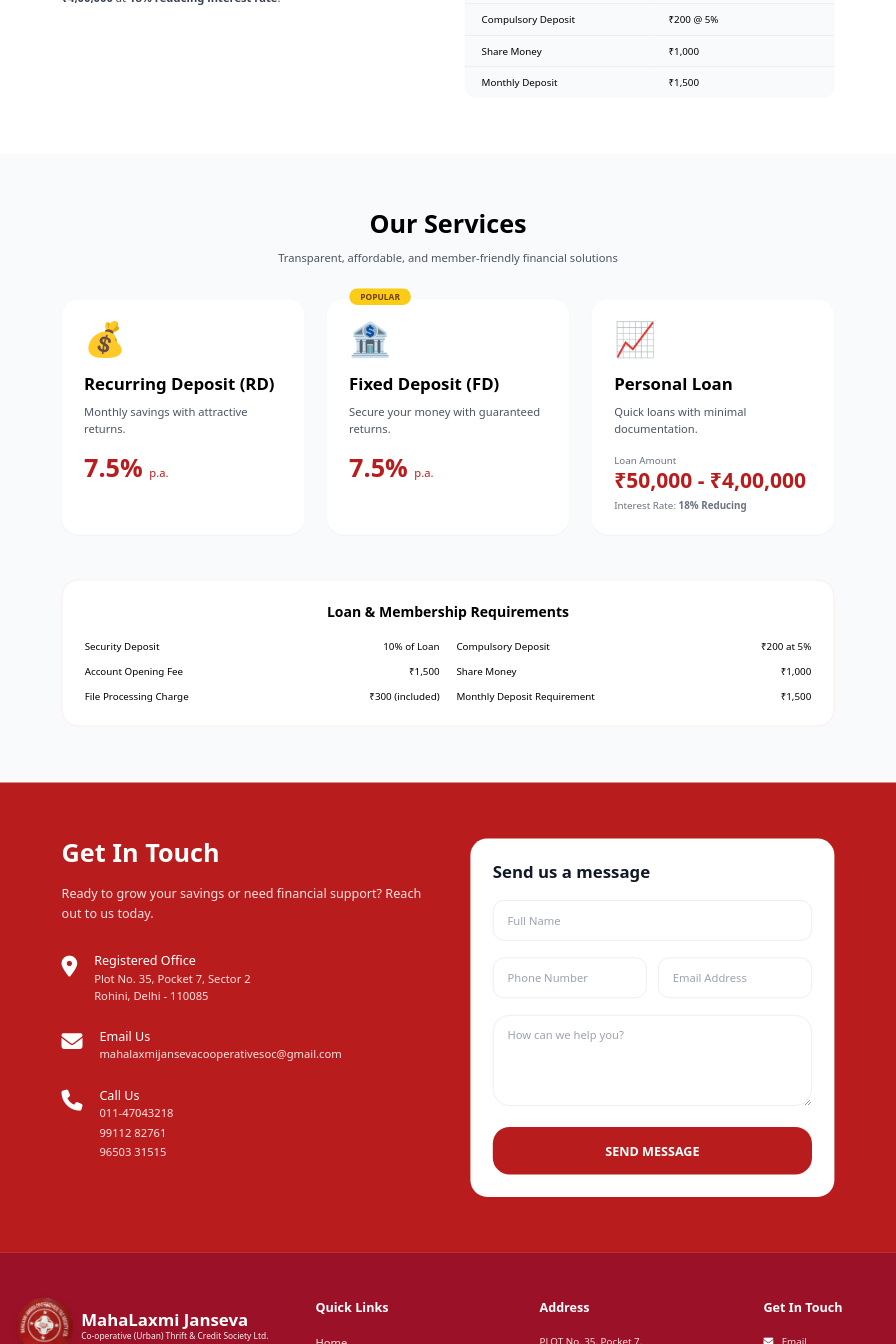
Repository: smritig537/Mahalaxmi
Page: Web.html
The author's editor kept a copy of each file at every save. The page is drawn from the files as they stood at one save, then again after the next save.
The browser window is 1280 px wide. The pictures show the part of the page from y = 1377 to 3297 px (the page is 3560 px tall), at 70% of full size.
Some web libraries are served in a nearby version.

Above is the page before, as saved 2026-05-25 01:13:59.

After the next save:
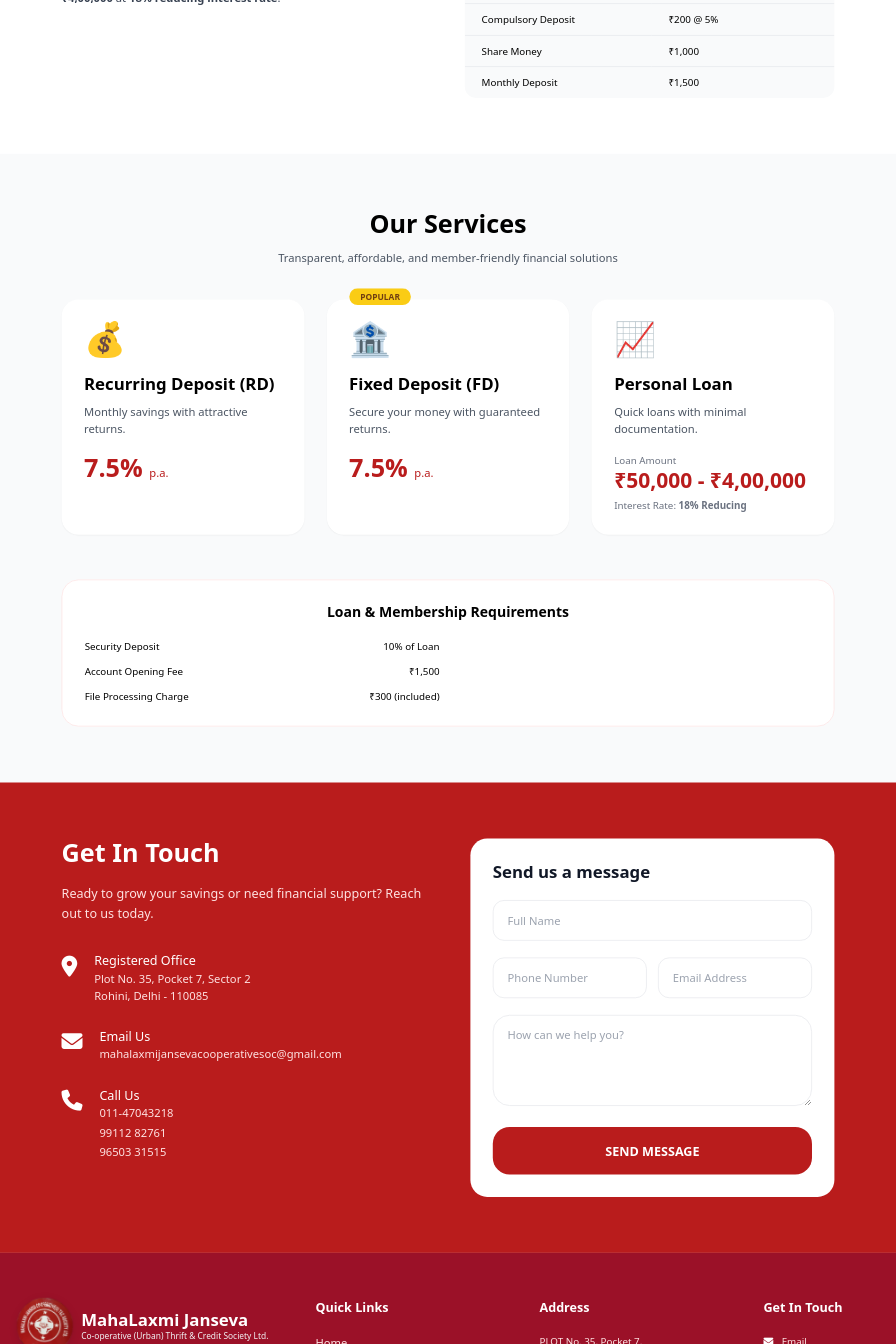
Saved 14 s later.
--- a/Web.html
+++ b/Web.html
@@ -256,11 +256,7 @@
                         <div class="flex justify-between"><span>Account Opening Fee</span><span class="font-medium">₹1,500</span></div>
                         <div class="flex justify-between"><span>File Processing Charge</span><span class="font-medium">₹300 (included)</span></div>
                     </div>
-                    <div class="space-y-4">
-                        <div class="flex justify-between"><span>Compulsory Deposit</span><span class="font-medium">₹200 at 5%</span></div>
-                        <div class="flex justify-between"><span>Share Money</span><span class="font-medium">₹1,000</span></div>
-                        <div class="flex justify-between"><span>Monthly Deposit Requirement</span><span class="font-medium">₹1,500</span></div>
-                    </div>
+
                 </div>
             </div>
         </div>
